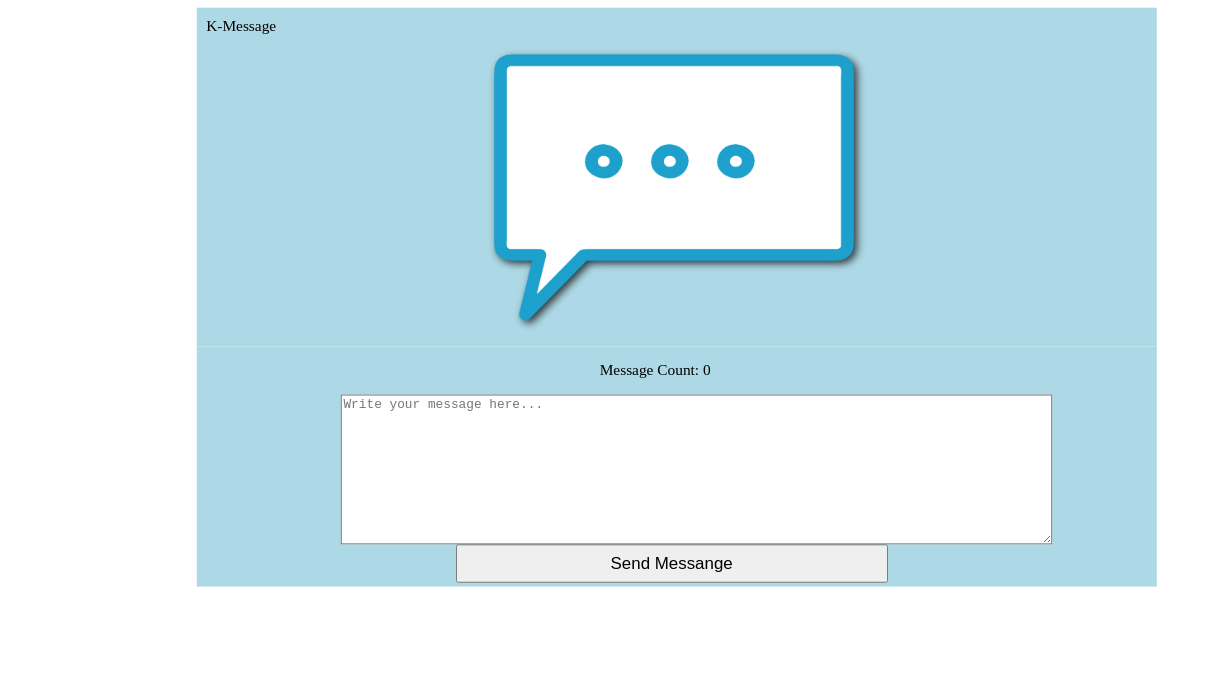
Repository: KevinUd2014/Kn222gn-laborations-Repo-1dv403
Page: 2-labbymezzage/Index.html
The author's editor kept a record of every edit. The page is drawn from the files as they stood at one moment, then again after the next edit.
The browser window is 1280 px wide. The pictures show the whole page, at 96% of full size.

Above is the page before.

After the next edit:
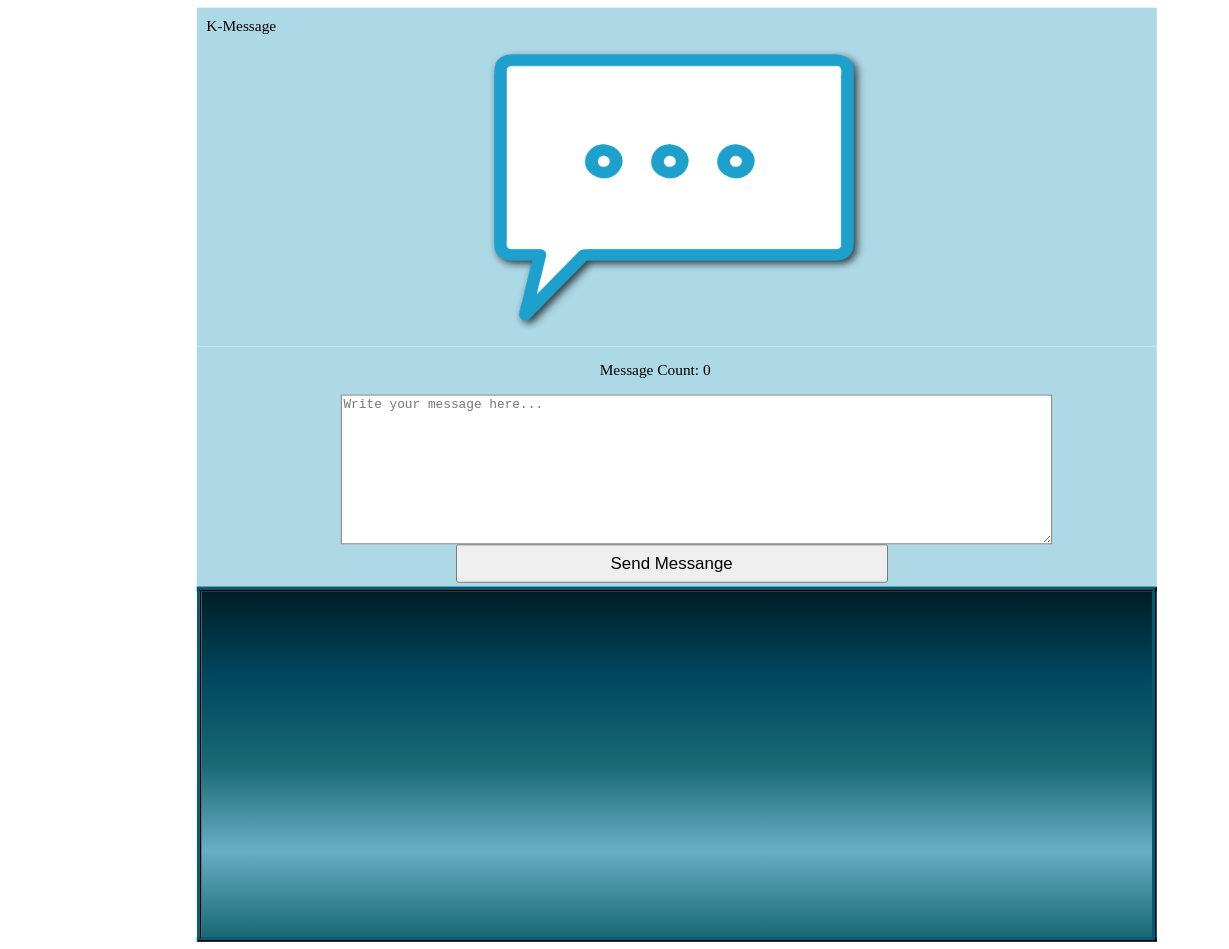
The edit:
--- a/2-labbymezzage/CssMessage.css
+++ b/2-labbymezzage/CssMessage.css
@@ -52,7 +52,10 @@
 #messagesSection
 {
     overflow-y:scroll;
-    max-height:200px;
+    min-height:200px;
+    height:360px;
+    border:ridge 5px #001D27;
+    background:linear-gradient(#001D27,#004860, #186974, #69AEC5, #186974);
 }
 #messagesSection p
 {
